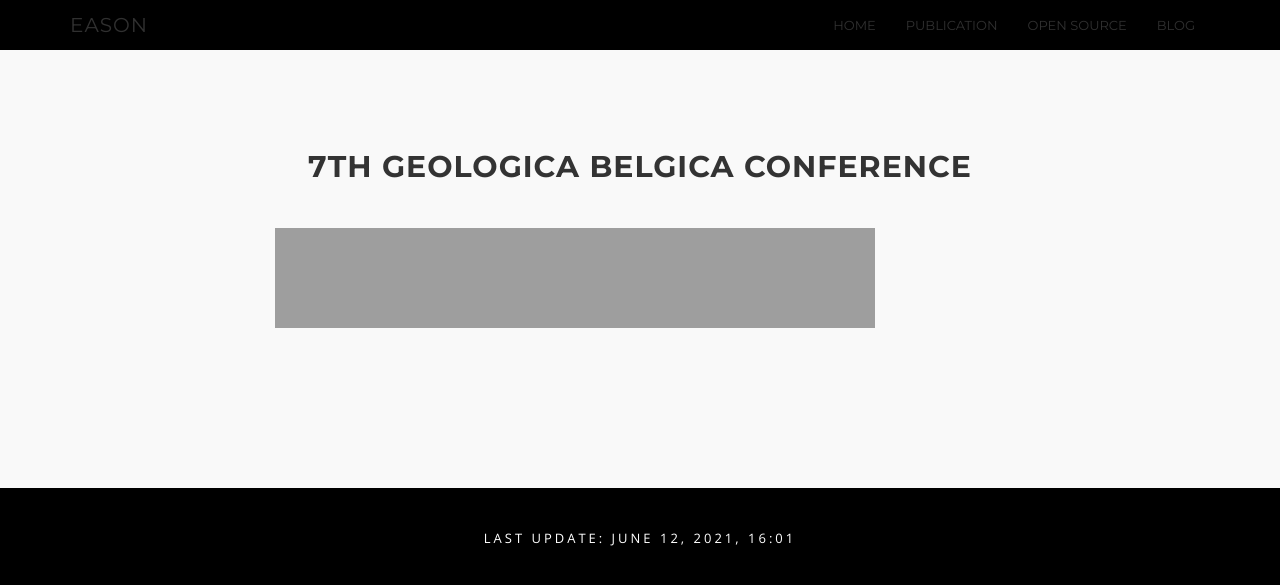
Repository: eazzzon/eazzzon.github.io
Page: post20210917.html
These files come from the project's save history. The page is drawn as it stood at one moment and after the next save; the edit follows.
The browser window is 1280 px wide. The pictures show the whole page.
Pictures or frames that could not be fetched are drawn as grey boxes.

Above is the page before, as saved 2021-09-18 13:39:51.

After the next save:
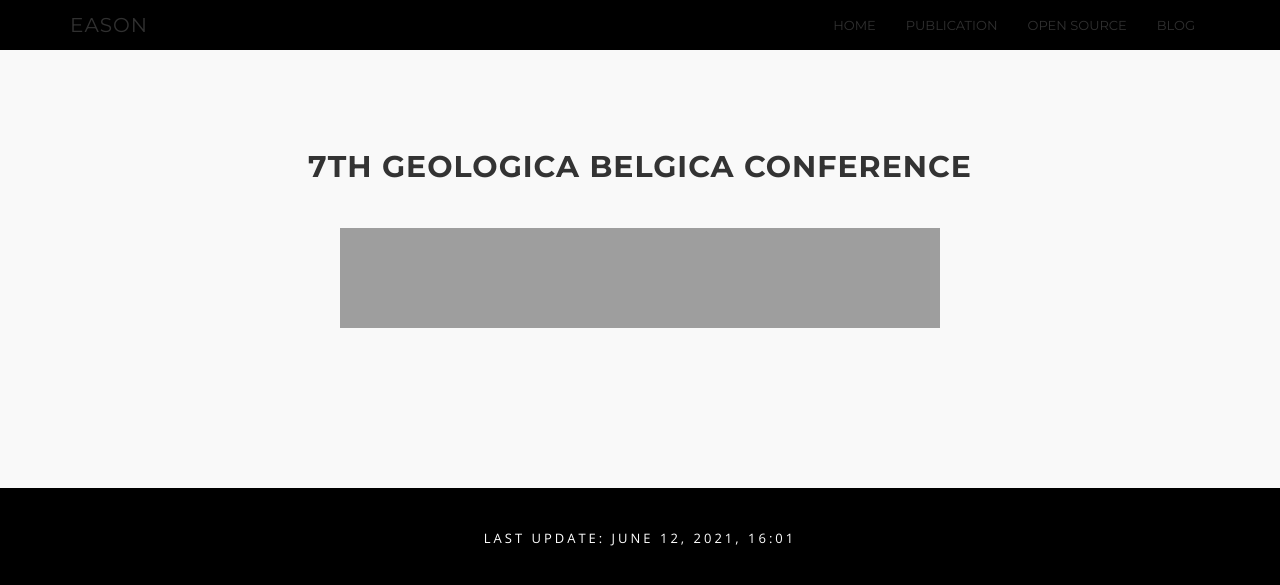
Saved 59 s later.
--- a/post20210917.html
+++ b/post20210917.html
@@ -63,10 +63,10 @@
 	<div class='container'>
 		<div class="row">
 			<h2 class="text-center">7th Geologica Belgica Conference</h2>
-			<div class="col-lg-8 col-lg-offset-2">
+			<center class="col-lg-8 col-lg-offset-2">
 				<img class='post-content-top-image'  src=https://geologicabelgica2021.africamuseum.be/sites/default/files/styles/max_325x325/public/media/images/homepage_banner.jpg?itok=Gu9RUYg9/>
 
-			</div>
+            </center>
 		</div>
 	</div>
 </div>
